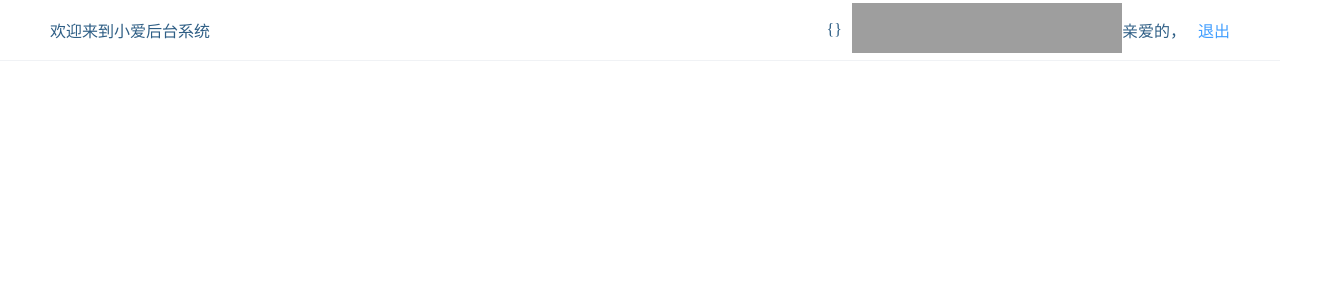
Repository: ZHANG-0714/backstage
Page: /
These files come from the project's save history. The page is drawn as it stood at one moment and after the next save; the edit follows.
The browser window is 1280 px wide. The page is 1280 px wide, then 1342 px, so the pictures cover 1342 px, including what lies to the right of the window. The pictures show the whole page.
Pictures or frames that could not be fetched are drawn as grey boxes. The project was rebuilt for these pictures with package versions that can differ from the ones it lists, and the page was loaded fresh each time. Also part of the build but not shown: vue.config.js, src/views/Home.vue.

Above is the page before, as saved 2020-08-31 17:54:47.

### public/index.html
<!DOCTYPE html>
<html lang="en">

<head>
  <meta charset="utf-8">
  <meta http-equiv="X-UA-Compatible" content="IE=edge">
  <meta name="viewport" content="width=device-width,initial-scale=1.0">
  <link rel="icon" href="<%= BASE_URL %>favicon.ico">
  <title><%= htmlWebpackPlugin.options.title %></title>
</head>

<body>
  <noscript>
    <strong>We're sorry but <%= htmlWebpackPlugin.options.title %> doesn't work properly without JavaScript enabled.
      Please enable it to continue.</strong>
  </noscript>
  <div id="app"></div>
  <!-- built files will be auto injected -->

  <!--[if lte IE 9]>
    <div style='position:absolute; top: 50%; left:50%; margin-top: -50px;margin-left: -400px; align-items: center;justify-content: center;'>
      <div style='width: 800px; height: 100px;text-align: center'>
        <h1>
        您的浏览器版本过低 请下载最新的谷歌浏览器
      </h1>
      <div style='text-align: center;width: 800px'>
        <a href='http://rj.baidu.com/soft/detail/14744.html?ald'>下载谷歌浏览器点此链接</a>
      </div>
      </div>
    </div>
  <![endif]-->
</body>

</html>

### src/App.vue
<template>
  <div id="app">
    <router-view />
  </div>
</template>

<style lang="scss">
@import "../style/Css";
@import '../style/Situation'
</style>

### src/router/index.js
import Vue from 'vue'
import VueRouter from 'vue-router'
import Home from '../views/Home.vue'
import Public from '../views/Public.vue'

Vue.use(VueRouter)

const routes = [
  {
    path: '/home',
    redirect: '/'
  },
  {
    path: '/',
    component: Public,
    children: [
      {
        path: '',
        name: 'Home',
        component: Home,  //首页
        meta: {
          title: "首页"
        }
      },
    ]
  }
]

const router = new VueRouter({
  mode: 'history',
  base: process.env.BASE_URL,
  routes
})

export default router

### src/store/index.js
import Vue from 'vue'
import Vuex from 'vuex'
import user from './user/user'

Vue.use(Vuex)

export default new Vuex.Store({
  state: {
  },
  mutations: {
  },
  actions: {
  },
  modules: {
    user
  }
})

### style/Css.css
* {
	margin: 0;
	padding: 0;
}

.flex {
	display: flex;
}

.justify-content {
	justify-content: center;
}

.align-items {
	align-items: center;
}

.space-around {
	justify-content: space-around;
}

.space-between {
	justify-content: space-between;
}

.flex-direction {
	flex-direction: column;
}

.flex-end {
	align-items: flex-end;
}

.text-overflow {
	overflow: hidden;
	text-overflow: ellipsis;
	display: -webkit-box;
	-webkit-line-clamp: 1;
	-webkit-box-orient: vertical;
}

.opacity {
	opacity: 0.9;
}

.filter {
	filter: blur(30px);
	z-index: -1;
}

.flex-wrap {
	flex-wrap: wrap;
}

.position {
	position: fixed;
}

### style/Situation.scss
.el-card--header--img--doos {
    .el-card__header {
        border-bottom: 1px solid #535353;
    }
    .el-form-item__label{
        padding: 0;
    }
}

### src/views/Public.vue
<template>
  <!-- 公共 -->
  <div>
    <headTop></headTop>
  </div>
</template>

<script>
import headTop from "../components/public/headTop";
export default {
  name: "",
  props: {},
  components: {
    headTop,
  },
  data() {
    return {};
  },
  methods: {},
  mounted() {},
  watch: {},
  computed: {},
};
</script>

<style scoped lang='scss'>
</style>

### src/store/user/user.js
import api from '../../http/api'
import router from '../../router'
import { Message } from 'element-ui'

export default {
    // 开启命名空间 这个文件就是单独的一个vuex的模块
    namespaced: true,
    state: {
        menus: []
    },
    mutations: {
        seMenus(state, data) {
            state.menus = data
        }
    },
    actions: {
        //所有的请求都写在actions里面
        // actions 里面的方法可以传两个参数，第一个参数是整个store(vuex对象) 第二个参数是请求的参数
        async getMenus({ commit }) {
            let res = await api.getMenus()
            if (res.meta.status === 200) {
                // 提交mutation
                commit('setMenus', res.data)
            }
        },
        //登录
        async login({ commit }, { username, password }) {
            let res = await api.login({
                username,
                password
            })
            console.log(commit);
            console.log(res);
            if (res.meta.status === 200) {
                // 存储信息
                localStorage.setItem('adminToken', res.data.toke)
                localStorage.setItem('adminUser', JSON.stringify(res.data))
                // 跳转路由
                router.push('/')
                // 提示用户
                Message.success('登录成功')
            }
        }
    },
}

### src/components/public/headTop.vue
<template>
  <!-- 头部组件 -->
  <div class="top flex align-items space-between">
    <div class="name">欢迎来到小爱后台系统</div>
    <!-- 时间 -->
    <div class="flex align-items">
      <div class="time">{{time}}</div>
      <div class="time">{{hi}}{{date}}</div>
      <!-- 天气 -->
      <div>
        <iframe
          class="m-l1"
          scrolling="no"
          src="https://tianqiapi.com/api.php?style=ty&skin=pitaya"
          frameborder="0"
          width="50"
          height="50"
          allowtransparency="true"
        ></iframe>
      </div>
      <!-- 用户 -->
      <div>亲爱的，{{user.username}}</div>
      <!-- 退出 -->
      <div class="quit">退出</div>
    </div>
  </div>
</template>

<script>
import dayjs from "dayjs";
export default {
  name: "",
  props: {},
  components: {},
  data() {
    return {
      time: "", //获取当前登录时间
      date: "",
      hi: {},
      user: {},
    };
  },
  methods: {},
  mounted() {
    //  获取当前登录时间
    this.time = dayjs().format("YYYY/MM/DD");

    let _this = this; // 声明一个变量指向Vue实例this，保证作用域一致
    this.timer = setInterval(() => {
      _this.date = dayjs().format("hh:mm:ss"); // 修改数据date
    }, 1000);

    //   判断时间段
    let hi = dayjs().format("HH");
    if (hi > 6 && hi <= 13) {
      this.hi = "早上";
    } else if (hi > 11 && hi <= 13) {
      this.hi = "中午";
    } else if (hi > 13 && hi <= 18) {
      this.hi = "下午";
    } else if (hi > 18 && hi <= 23) {
      this.hi = "晚上";
    } else {
      this.hi = "该睡觉了";
    }

    //登录获取的对象
    this.user = JSON.parse(localStorage.getItem("adminUser"));
    console.log(this.user);
  },
  watch: {},
  computed: {},
};
</script>

<style scoped lang='scss'>
.top {
  height: 60px;
  padding: 0 50px;
  border-bottom: 1px solid #f0f2f5;
  color: #2e5e85;
}
.time {
  margin-right: 10px;
}
.iframes {
  width: 50px;
}
iframe {
  width: 270px;
  font-size: 30px;
}
.quit {
  color: #409eff;
  margin-left: 12px;
  &:hover {
    cursor: pointer;
  }
}
</style>

### src/http/api.js
import service from './index'

export default {
    login({ username, password }) {
        return service.post('/login', {
            username,
            password
        })
    }
}

### src/http/index.js
import axios from 'axios'
import nprogress from 'nprogress'
import { Message } from 'element-ui'

//运行环境：本地环境:devlpment 和线上（生产）环境：production
const ispro = process.env.NODE_ENV === 'production'

//创建一个axios的实例
const service = axios.create({
    //基础路径:需要根据当前的运行环境来判断
    baseURL: ispro ? '线上接口路径' : '/api',
    //超时时间
    timeout: 100000
})

// 请求拦截：每一次发请求都会做的事
service.interceptors.request.use((config) => {
    nprogress.start()
    //前后端鉴权
    //jwt：JSON WEB TOKEN
    //登录成功后 后端会返回一个令牌
    let token = localStorage.getItem('abminToken')
    if (token) {
        config.headers['Authorization'] = token
    }
    return config
}, err => {
    nprogress.done()
    return Promise.reject(err)
})

//响应拦截：每一次接口返回数据的时候都会做的事
service.interceptors.response.use((res) => {
    nprogress.done()
    return res.data
}, err => {
    if (err.response && err.response.status) {
        // 错误请求的状态码
        let status = err.response.status
        if (status === 400) {
            Message.error('参数错误')
        }
        if (status === 401) {
            Message.error('登录过期，请重新登录')
        }
        if (status === 403) {
            Message.error('没有权限')
        }
        if (status === 404) {
            Message.error('接口路径错误')
        }
        if (status === 500) {
            Message.error('服务器出错')
        }
        if (status === 503) {
            Message.error('服务器在维护')
        }
    }
    return Promise.reject(err)
}
)

export default service

Loaded but not shown: src/main.js (common file)

After the next save:
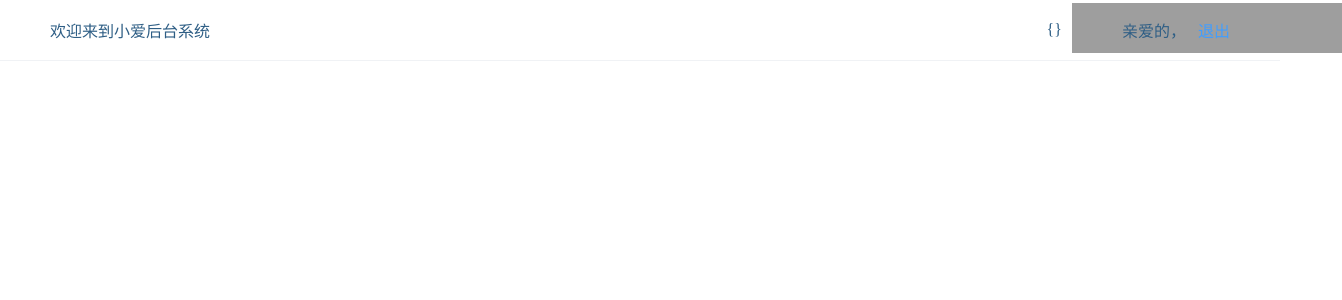
Saved 83 s later.
--- a/src/components/public/headTop.vue
+++ b/src/components/public/headTop.vue
@@ -7,7 +7,7 @@
       <div class="time">{{time}}</div>
       <div class="time">{{hi}}{{date}}</div>
       <!-- 天气 -->
-      <div>
+      <div class="iframes">
         <iframe
           class="m-l1"
           scrolling="no"
